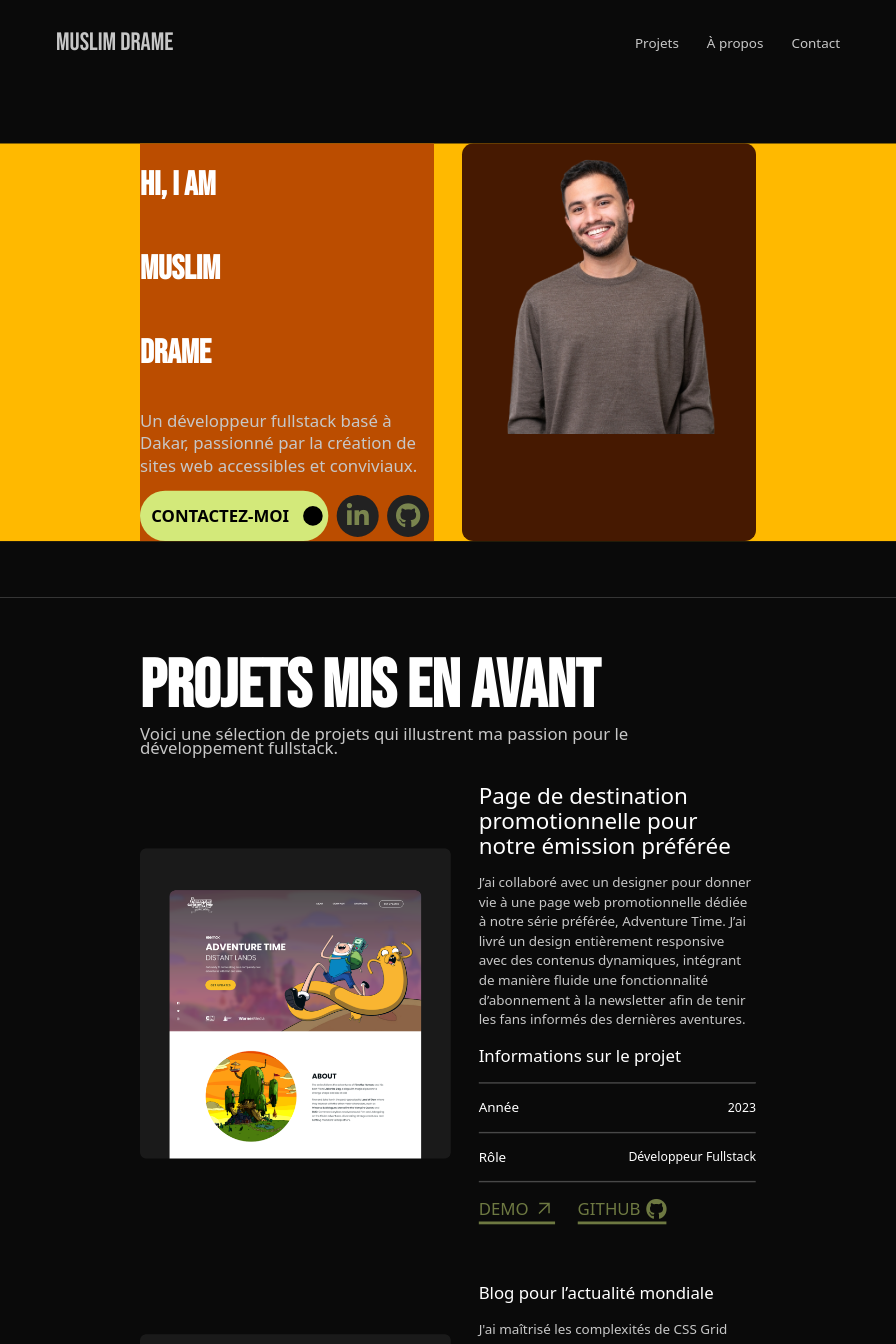
Repository: muslimdrame37-oss/Portfolio1
Page: src/index.html
These files come from the project's save history. The page is drawn as it stood at one moment and after the next save; the edit follows.
The browser window is 1280 px wide. The pictures show the part of the page from y = 0 to 1920 px (the page is 4661 px tall), at 70% of full size.
Some web fonts or font styles are not loaded; a fallback is used. Some web libraries are served in a nearby version.

Above is the page before, as saved 2026-02-11 20:31:43.

After the next save:
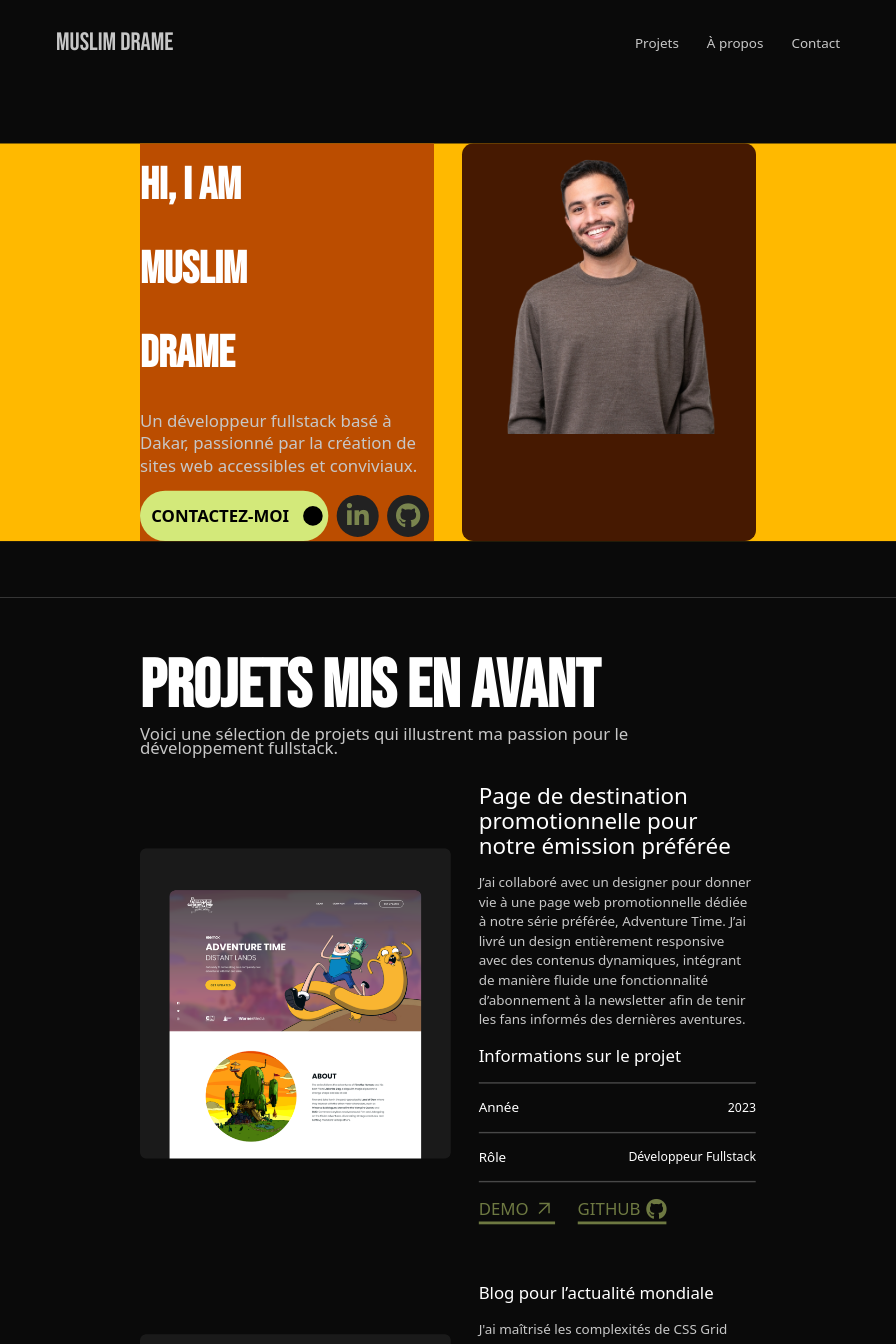
Saved 13 s later.
--- a/src/index.html
+++ b/src/index.html
@@ -46,7 +46,7 @@
         <section class="px-5 mt-20 flex flex-col justify-between gap-10 lg:flex-row lg:px-50 bg-amber-400" aria-label="Section d'accueil">
             <!-- Contenu texte -->
             <div class="flex flex-col gap-5 justify-center lg:w-1/2 bg-amber-700">
-                <h2 class="text-white text-[3rem] font-bebas lg:text-[5rem] lg:font-bold lg:leading-30 leading-15 lg:w-1/2">HI, I AM MUSLIM DRAME</h2>
+                <h2 class="text-white text-[3rem] font-bebas lg:text-[4rem] lg:font-bold lg:leading-30 leading-15 lg:w-1/2">HI, I AM MUSLIM DRAME</h2>
                 <p class="text-1xl text-[#C7C7C7] lg:text-2xl">
                     Un développeur fullstack basé à Dakar, passionné par la création de sites web accessibles et conviviaux.
                 </p>

After the save that followed:
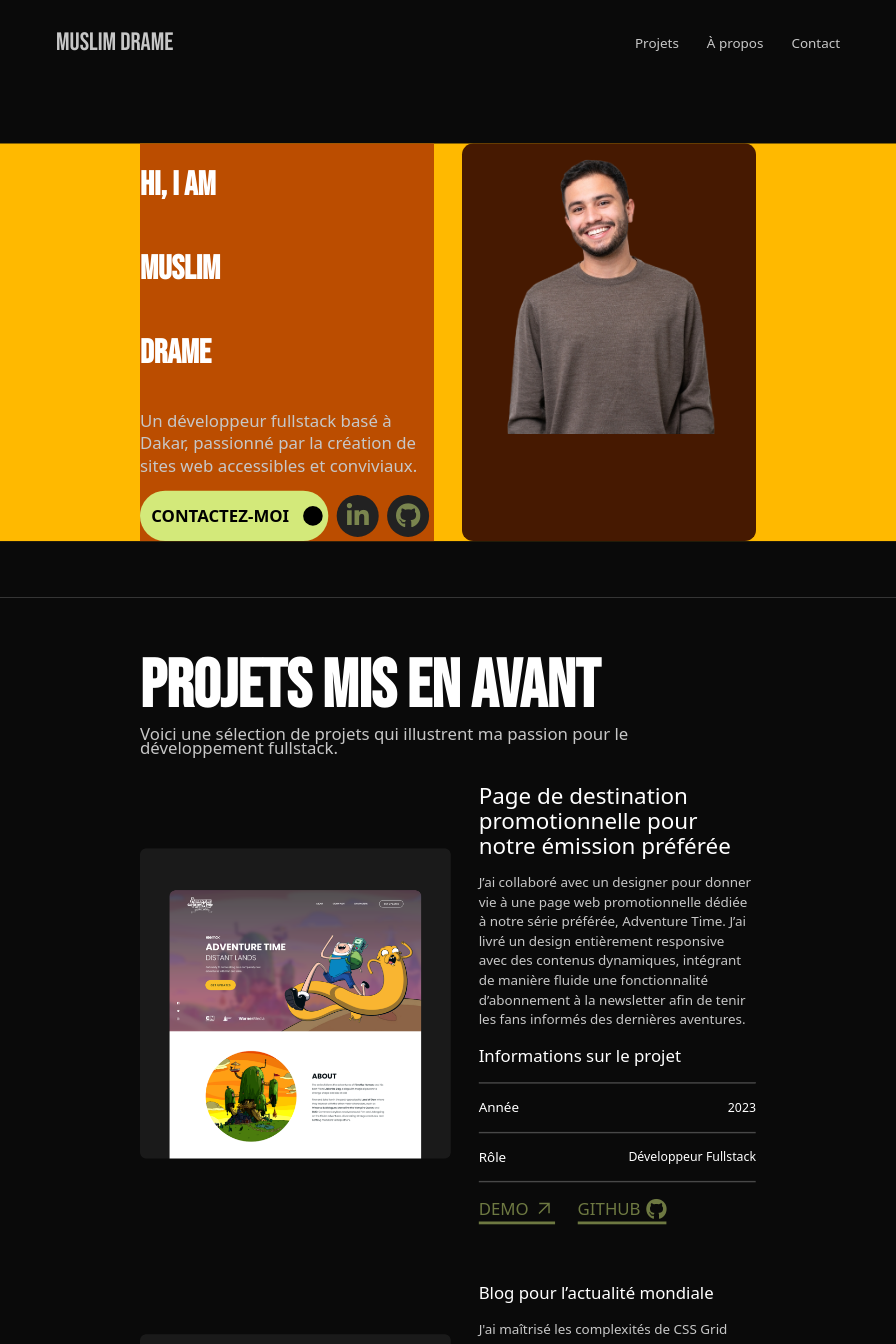
Saved 5 s later.
--- a/src/index.html
+++ b/src/index.html
@@ -46,7 +46,7 @@
         <section class="px-5 mt-20 flex flex-col justify-between gap-10 lg:flex-row lg:px-50 bg-amber-400" aria-label="Section d'accueil">
             <!-- Contenu texte -->
             <div class="flex flex-col gap-5 justify-center lg:w-1/2 bg-amber-700">
-                <h2 class="text-white text-[3rem] font-bebas lg:text-[4rem] lg:font-bold lg:leading-30 leading-15 lg:w-1/2">HI, I AM MUSLIM DRAME</h2>
+                <h2 class="text-white text-[3rem] font-bebas lg:text-[5rem] lg:font-bold lg:leading-30 leading-15 lg:w-1/2">HI, I AM MUSLIM DRAME</h2>
                 <p class="text-1xl text-[#C7C7C7] lg:text-2xl">
                     Un développeur fullstack basé à Dakar, passionné par la création de sites web accessibles et conviviaux.
                 </p>
